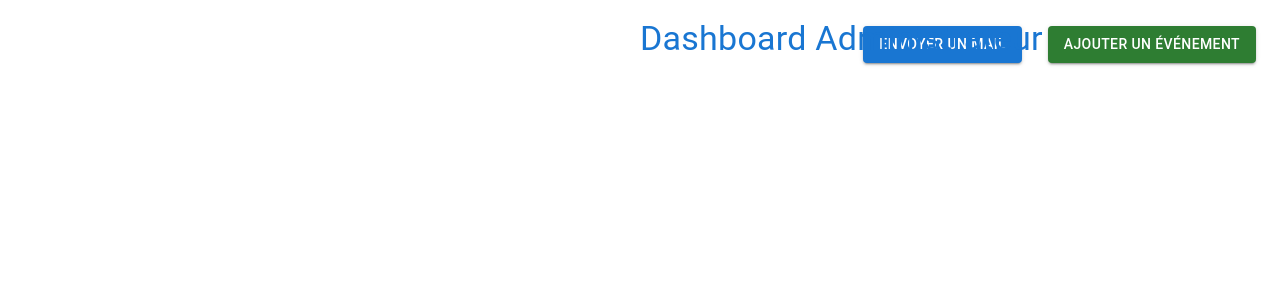
Repository: clement-chn/challenge-48h
Page: /dashboard (app in front/)
The author's editor kept a copy of each file at every save. The page is drawn from the files as they stood at one save, then again after the next save.
The browser window is 1280 px wide. The pictures show the whole page.
The project was rebuilt for these pictures with package versions that can differ from the ones it lists, and the page was loaded fresh each time. Also part of the build but not shown: front/vite.config.js.

Above is the page before, as saved 2025-04-03 13:11:49.

### front/src/App.jsx
import './App.css'
import { BrowserRouter as Router, Routes, Route, Navigate } from 'react-router-dom'
import Connexion from './Routes/connexion.jsx'
import Dashboard from './Routes/dashboard.jsx'
import Inscription from './Routes/inscriptions.jsx'

function App() {
  return (
    <>
      <Router>
        <div className="min-h-screen bg-gray-50 text-gray-900">

          <Routes>
            <Route path="/" element={<Connexion />} />
            <Route path="/dashboard" element={<Dashboard />} />
            <Route path="/inscription" element={<Inscription />} />
            <Route path="*" element={<Navigate to="/" />} />
          </Routes>
        </div>
      </Router>
    </>
  )
}

export default App

### front/src/Routes/connexion.jsx
const Connexion = () => {



}

export default Connexion;

### front/src/Routes/dashboard.jsx
import React, { useState } from 'react';
import { Button, Typography, Box, Card, CardContent, IconButton } from '@mui/material';
import EditIcon from '@mui/icons-material/Edit';
import DeleteIcon from '@mui/icons-material/Delete';
import ModalCreeEvent from '../Components/ModalCreeEvent'; // Import du nouveau composant

const AdminDashboard = () => {
  const [open, setOpen] = useState(false);
  const [events, setEvents] = useState([]); // Liste des événements
  const [eventData, setEventData] = useState({
    title: '',
    date: '',
    description: '',
  });

  // Ouvrir et fermer la modal
  const handleOpen = () => setOpen(true);
  const handleClose = () => {
    setOpen(false);
    setEventData({ title: '', date: '', description: '' }); // Réinitialiser le formulaire
  };

  // Gérer les changements dans le formulaire
  const handleChange = (e) => {
    setEventData({ ...eventData, [e.target.name]: e.target.value });
  };

  // Ajouter un nouvel événement
  const handleSubmit = (e) => {
    e.preventDefault();
    setEvents([...events, { ...eventData, id: Date.now() }]); // Ajoute l'événement avec un ID unique
    handleClose();
  };

  // Supprimer un événement
  const handleDelete = (id) => {
    setEvents(events.filter(event => event.id !== id));
  };

  return (
    <Box sx={{ p: 3 }}>
      {/* Conteneur pour positionner le bouton */}
      <Box sx={{ position: 'absolute', top: 18, right: 16, borderRadius: 1,  p: 1 }}>
        <Button variant="contained" color="success" onClick={handleOpen}> {/* Changement de la couleur en vert */}
          Ajouter un événement
        </Button>
      </Box>

      {/* Bouton pour envoyer un mail */}
      <Box sx={{ position: 'absolute', top: 18, right: 250, borderRadius: 1, p: 1 }}>
        <Button variant="contained" color="primary" onClick={() => alert('Mail envoyé !')}>
          Envoyer un mail
        </Button>
      </Box>

      <Typography variant="h4" color="primary" sx={{ mb: 3, textAlign: 'center', position: 'absolute', top: 18,}}>
        Dashboard Administrateur
      </Typography>

      {/* Liste des événements */}
      {events.map((event) => (
        <Card key={event.id} sx={{ mb: 2, p: 2, display: 'flex', justifyContent: 'space-between', alignItems: 'center' }}>
          <CardContent>
            <Typography variant="subtitle2" color="textSecondary">
              {event.date}
            </Typography>
            <Typography variant="h6">{event.title}</Typography>
            <Typography variant="body2" color="textSecondary">
              {event.description}
            </Typography>
          </CardContent>
          {/* Boutons Modifier & Supprimer */}
          <Box>
            <IconButton color="primary">
              <EditIcon />
            </IconButton>
            <IconButton color="error" onClick={() => handleDelete(event.id)}>
              <DeleteIcon />
            </IconButton>
          </Box>
        </Card>
      ))}

      {/* Utilisation du composant ModalCreeEvent */}
      <ModalCreeEvent
        open={open}
        handleClose={handleClose}
        handleSubmit={handleSubmit}
        handleChange={handleChange}
        eventData={eventData}
      />
    </Box>
  );
};

export default AdminDashboard;

### front/src/Routes/inscriptions.jsx
const Inscription = () => {



}

export default Inscription;

### front/src/Components/ModalCreeEvent.jsx
import React from 'react';
import { Box, Typography, Modal, TextField, Button } from '@mui/material';

const ModalCreeEvent = ({ open, handleClose, handleSubmit, handleChange, eventData }) => {
  return (
    <Modal open={open} onClose={handleClose} aria-labelledby="modal-title">
      <Box
        sx={{
          position: 'absolute',
          top: '50%',
          left: '50%',
          transform: 'translate(-50%, -50%)',
          width: 400,
          bgcolor: 'background.paper',
          boxShadow: 24,
          p: 4,
          borderRadius: 2,
        }}
      >
        <Typography id="modal-title" variant="h6" sx={{ mb: 2 }}>
          Créer un nouvel événement
        </Typography>

        {/* Formulaire */}
        <form onSubmit={handleSubmit}>
          <TextField
            label="Titre de l'événement"
            name="title"
            fullWidth
            required
            margin="dense"
            value={eventData.title}
            onChange={handleChange}
          />
          <TextField
            label="Date"
            type="date"
            name="date"
            fullWidth
            required
            margin="dense"
            InputLabelProps={{ shrink: true }}
            value={eventData.date}
            onChange={handleChange}
          />
          <TextField
            label="Description"
            name="description"
            fullWidth
            multiline
            rows={3}
            margin="dense"
            value={eventData.description}
            onChange={handleChange}
          />

          <Box sx={{ display: 'flex', justifyContent: 'space-between', mt: 3 }}>
            <Button variant="contained" color="error" onClick={handleClose}>
              Annuler
            </Button>
            <Button variant="contained" color="primary" type="submit">
              Créer
            </Button>
          </Box>
        </form>
      </Box>
    </Modal>
  );
};

export default ModalCreeEvent;

Loaded but not shown: front/index.html (common file); front/src/main.jsx (common file); front/src/index.css (common file); front/src/App.css (common file)

After the next save:
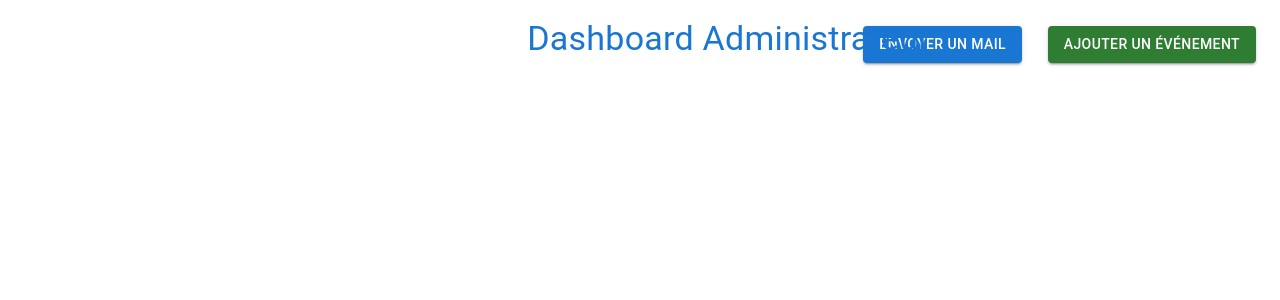
Saved 26 s later.
--- a/front/src/Routes/dashboard.jsx
+++ b/front/src/Routes/dashboard.jsx
@@ -53,7 +53,7 @@ const AdminDashboard = () => {
         </Button>
       </Box>
 
-      <Typography variant="h4" color="primary" sx={{ mb: 3, textAlign: 'center', position: 'absolute', top: 18,}}>
+      <Typography variant="h4" color="primary" sx={{ mb: 3, textAlign: 'center', position: 'absolute', top: 18, right: 350 }}>
         Dashboard Administrateur
       </Typography>
 
